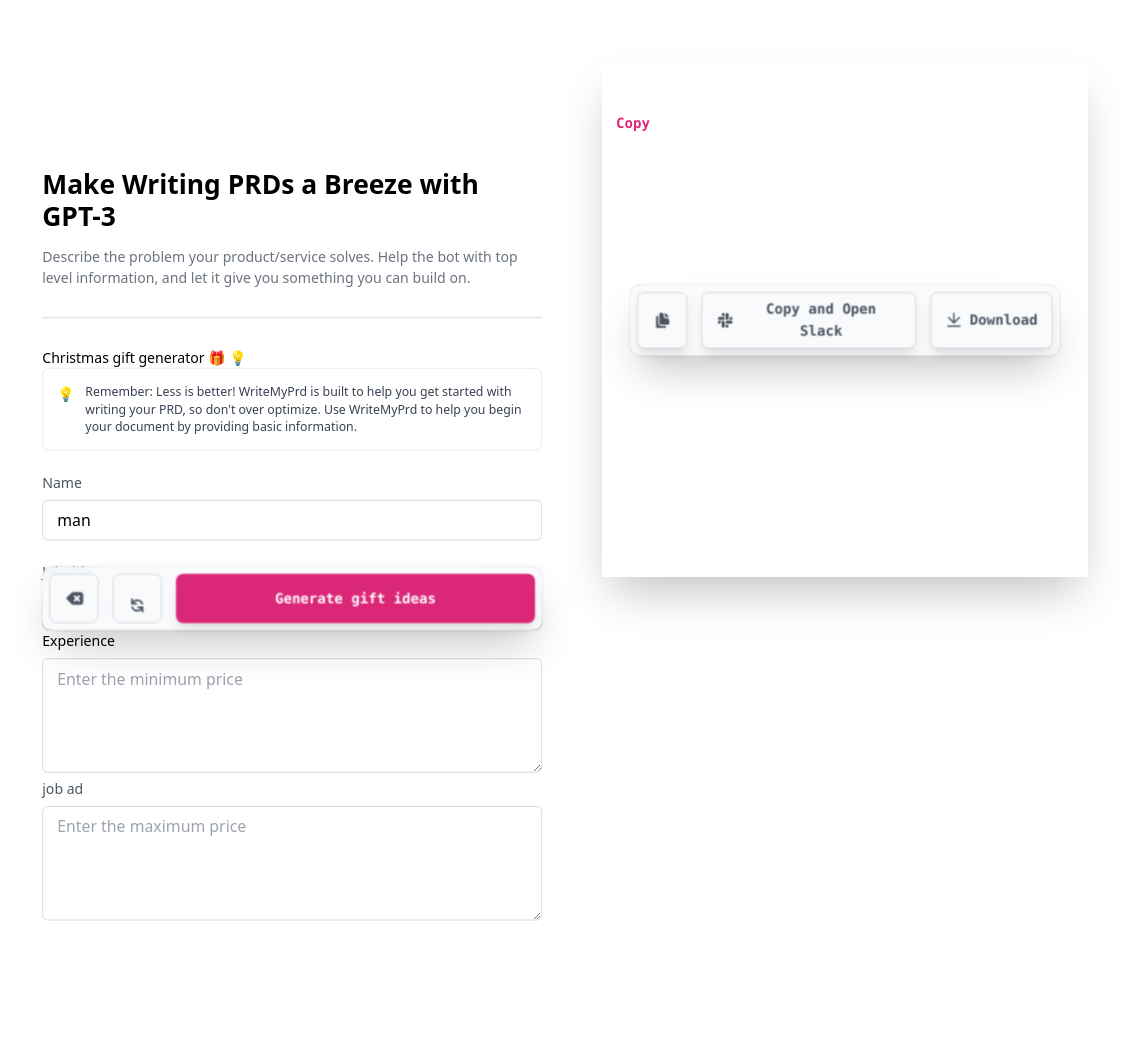
Repository: hamza-mastar/chatgpt-jpbad
Page: /
These files come from the project's save history. The page is drawn as it stood at one moment and after the next save; the edit follows.
The browser window is 1280 px wide. The pictures show the whole page, at 88% of full size.
The project was rebuilt for these pictures with package versions that can differ from the ones it lists, and the page was loaded fresh each time. The framework's server and built-in components were replaced by stand-ins that run in the browser.

Above is the page before, as saved 2023-01-30 16:38:09.

### pages/_app.js
import 'tailwindcss/tailwind.css'

import '../styles/globals.css'

export default function MyApp({ Component, pageProps }) {
  return <Component {...pageProps} />
}

### pages/index.js
import Head from 'next/head';
import React from 'react';
import { useState } from 'react';
import ReactDOM from 'react-dom';
import {CopyToClipboard} from 'react-copy-to-clipboard';

import styles from './index.module.css';


// import './gifts.css'







export default function Home() {
  const [name, setName] = useState('man');
  const [job_title, setJob_title] = useState("");
  const [experience, setExperience] = useState("");
  const [job_ad, setJob_ad] = useState("");

  const [loading, setLoading] = useState(false);

  const [result, setResult] = useState('');


  const [copy,setCopy] = useState(false)

  async function onSubmit(event) {
    event.preventDefault();
    if (loading) {
      return;
    }
    setLoading(true);
    setResult('hamza');
    const response = await fetch('/api/generate-gifts', {
      method: 'POST',
      headers: {
        'Content-Type': 'application/json',
      },
      body: JSON.stringify({ name, job_title, experience, job_ad}),
    });
    const data = await response.json();
    setResult(data.result.replaceAll('\n', '<br />'));
    setLoading(false);

  }


  return (
    <>



    <body class="h-full px-5 sm:px-6">
      <div class="flex relative sm:flex-col md: flex-col">

      <Head>
        <title>OpenAI Quickstart</title>
        <link rel="icon" href="/dog.png" />
      </Head>

      <main className={styles.main}>
     <div class="min-h-screen w-full lg:w-1/2 relative">
    <div class="h-full px-5 sm:px-6">
      <div class="h-full w-full max-w-xl mx-auto flex flex-col after:mt-auto after:flex-1">
        <header class="sm:flex-1 flex mb-auto sm:py-10 pt-6 items-center sm:justify-between flex-col sm:flex-row" >
          <div class="flex items-center justify-between h-24 md:h-20"> </div>

            {/* logo icone login  */}
            </header>
            <div class="flex-1 py-8">
           <div  class="mb-4" >
           <h1 class="text-3xl font-bold font-inter mb-2"> Make Writing PRDs a Breeze with GPT-3 </h1>
           <div class="text-gray-500 mt-4 mb-6"> Describe the problem your product/service solves. Help the bot with top level information, and let it give you something you can build on. </div>
           <div class="divide-y divide-gray-200 my-8 relative border"></div>





        <h3  >Christmas gift generator 🎁 💡</h3>
        <form  onSubmit={onSubmit} class="mb-12 relative">
        <div class="rounded-lg bg-white border p-4"><div class="flex"><div class="flex-shrink-0">💡</div><div class="ml-3 flex-1 md:flex md:justify-between"><p class="text-sm text-gray-700 font-medium"> Remember: Less is better! WriteMyPrd is built to help you get started with writing your PRD, so don't over optimize. Use WriteMyPrd to help you begin your document by providing basic information. </p></div></div></div>
        <div>
          <div class="py-6">
          <label class="relative transition text-gray-600 focus-within:text-gray-800 block" >Name</label>
          <input class="outline-none focus:outline-none text-lg bg-white rounded-md px-4 py-2 w-full border  focus:border-gray-400 border-gray-300 font-regular mt-2 transition-all undefined "
            type="text"
            name="name"
            placeholder="Enter the Name"
            value={name}
            onChange={(e) => setName(e.target.value)}
          />
          </div>


          <label class="relative transition text-gray-600 focus-within:text-gray-800 block">Job title</label>
          <input class="outline-none focus:outline-none text-lg bg-white rounded-md px-4 py-2 w-full border  focus:border-gray-400 border-gray-300 font-regular mt-2 transition-all undefined "
            type="text"
            name="job_title"
            placeholder="Job title"
            value={job_title}
            onChange={(e) => setJob_title(e.target.value)}
          />

          <label>Experience </label>
          <textarea class="form-textarea outline-none focus:outline-none text-lg bg-white rounded-md px-4 py-2 w-full border  focus:border-gray-400 border-gray-300 font-regular mt-2 transition-all undefined " rows="4"
          type="textarea"
          name="experience"
          placeholder="Enter the minimum price"
          value={experience}
          onChange={(e) => setExperience(e.target.value)} >

            </textarea>

          <label class="relative transition text-gray-600 focus-within:text-gray-800 block"> job ad</label>
          <textarea class="form-textarea outline-none focus:outline-none text-lg bg-white rounded-md px-4 py-2 w-full border  focus:border-gray-400 border-gray-300 font-regular mt-2 transition-all undefined " rows="4"
            type="text"
            name="job_ad"
            placeholder="Enter the maximum price"
            value={job_ad}
            onChange={(e) => setJob_ad(e.target.value)}
          ></textarea>


          <div class="sticky bottom-1 left-0 right-0 px-2 py-2 font-semibold text-sm text-slate-900 bg-slate-50/90 backdrop-blur-sm ring-1 ring-slate-900/10 space-x-4 rounded-xl shadow-2xl">
            <div class="flex gap-4 text-white text-sm font-bold font-mono leading-6 bg-stripes-indigo rounded-lg">
            <button id="clearAll" class="p-4 w-14 h-14 flex-none rounded-lg flex items-center justify-center bg-gray-50 border border-gray-300 text-gray-600 hover:bg-gray-100"><div tooltip="Clear All" position="top" class="w-full" data-v-47bc123b=""><svg class="w-6 h-6" fill="currentColor" viewBox="0 0 20 20" xmlns="http://www.w3.org/2000/svg"><path fill-rule="evenodd" d="M6.707 4.879A3 3 0 018.828 4H15a3 3 0 013 3v6a3 3 0 01-3 3H8.828a3 3 0 01-2.12-.879l-4.415-4.414a1 1 0 010-1.414l4.414-4.414zm4 2.414a1 1 0 00-1.414 1.414L10.586 10l-1.293 1.293a1 1 0 101.414 1.414L12 11.414l1.293 1.293a1 1 0 001.414-1.414L13.414 10l1.293-1.293a1 1 0 00-1.414-1.414L12 8.586l-1.293-1.293z" clip-rule="evenodd"></path></svg></div></button>
            <button id="re-generate-prd" class="w-14 h-14 flex-none rounded-lg flex items-center justify-center bg-gray-50 border border-gray-300 text-gray-600 hover:bg-gray-100"><div tooltip="Re-generate PRD" position="top" class="w-full" data-v-47bc123b=""><svg class="w-full mt-[30%] h-5 text-gray-600 mr-1" fill="currentColor" viewBox="0 0 20 20" xmlns="http://www.w3.org/2000/svg"><path fill-rule="evenodd" d="M4 2a1 1 0 011 1v2.101a7.002 7.002 0 0111.601 2.566 1 1 0 11-1.885.666A5.002 5.002 0 005.999 7H9a1 1 0 010 2H4a1 1 0 01-1-1V3a1 1 0 011-1zm.008 9.057a1 1 0 011.276.61A5.002 5.002 0 0014.001 13H11a1 1 0 110-2h5a1 1 0 011 1v5a1 1 0 11-2 0v-2.101a7.002 7.002 0 01-11.601-2.566 1 1 0 01.61-1.276z" clip-rule="evenodd"></path></svg></div></button>

          <input class="sm:p-4 p-3 pt-4 grow rounded-lg flex items-center justify-center bg-pink-600 hover:bg-pink-800 shadow-lg text-xs sm:text-base" type="submit" value="Generate gift ideas" />
          </div>
          </div>
          </div>
        </form>
        </div>
       </div>
        </div>
        </div>
          </div>

          {/* loging page ////////////////// */}

          <div class="relative  lg:fixed right-0 bottom-0 lg:block lg:w-1/2 overflow-hidden sm:px-5 lg:h-full h-auto overflow-y-auto top-12">
            {/* <div class="absolute inset-0 bg-gradient-to-b from-pink-100 to-white  -z-10" > */}
              <div class="relative lg:fixed right-0 bottom-0 lg:block lg:w-1/2 overflow-hidden sm:px-5 lg:h-full h-auto overflow-y-auto top-12">
                <div class="h-auto">
                <div class="p-6 pb-0 h-[calc(100vh-6rem)]" >
                <div class="form-textarea relative text-base  w-full p-4 px-8 overflow-scroll h-[calc(100%-1rem)] shadow-2xl flex items-center justify-center" >
                <div class="text-pink-600 font-mono text-left text-base font-semibold absolute top-4 left-4">
        {loading && (
          <div>
            <h3>Looking for the best gift ideas 🎁 💡</h3>
            <img src="/loading.gif" className={styles.loading} />
          </div>



        )}
        <div type="text" onChange={(e)=>seResult(e.target.result.replaceAll('\n', '<br/>'))}
        class="whitespace-pre-wrap text-gray-800 bg-white h-auto text-lg divide-y px-4 pt-5 pb-4 sm:p-6 sm:pb-4 "
          className={styles.result}
          dangerouslySetInnerHTML={{ __html: result }}



        />


      <CopyToClipboard text={result}
          onCopy={() =>setCopy(true)}>
           <button className={`${copy ? 'copied' : 'copy' }`}>
             {copy ? 'Copied' : "Copy"}
           </button>
        </CopyToClipboard>


        </div>
        <div class="sticky bottom-1 left-0 right-0 px-2 py-2 font-semibold text-sm text-slate-900 bg-slate-50/90 backdrop-blur-sm ring-1 ring-slate-900/10 space-x-4 rounded-xl shadow-2xl">
            <div class="flex gap-4 text-white text-sm font-bold font-mono leading-6 bg-stripes-indigo rounded-lg">
  <button class="grow h-16 p-0 sm:p-[1.1rem] w-20 sm:w-auto h-auto rounded-lg flex items-center justify-center bg-gray-50 border-gray-300 text-gray-600 hover:bg-gray-100 shadow-lg border"><svg xmlns="http://www.w3.org/2000/svg" viewBox="0 0 24 24" fill="currentColor" class="h-5 w-5 flex-shrink-0 text-gray-600"><path d="M7.5 3.375c0-1.036.84-1.875 1.875-1.875h.375a3.75 3.75 0 013.75 3.75v1.875C13.5 8.161 14.34 9 15.375 9h1.875A3.75 3.75 0 0121 12.75v3.375C21 17.16 20.16 18 19.125 18h-9.75A1.875 1.875 0 017.5 16.125V3.375z"></path><path d="M15 5.25a5.23 5.23 0 00-1.279-3.434 9.768 9.768 0 016.963 6.963A5.23 5.23 0 0017.25 7.5h-1.875A.375.375 0 0115 7.125V5.25zM4.875 6H6v10.125A3.375 3.375 0 009.375 19.5H16.5v1.125c0 1.035-.84 1.875-1.875 1.875h-9.75A1.875 1.875 0 013 20.625V7.875C3 6.839 3.84 6 4.875 6z"></path></svg>
  </button>
  <button class="p-4 grow w-auto h-16 rounded-lg flex items-center justify-center bg-gray-50 border border-gray-300 text-gray-600 hover:bg-gray-100 shadow-lg text-xs sm:text-base"><svg fill="currentColor" class="h-5 w-5 flex-shrink-0 text-gray-600 mr-2" viewBox="0 0 24 24" xmlns="http://www.w3.org/2000/svg"><path d="M6.194 14.644c0 1.16-.943 2.107-2.103 2.107a2.11 2.11 0 0 1-2.104-2.107 2.11 2.11 0 0 1 2.104-2.106h2.103v2.106zm1.061 0c0-1.16.944-2.106 2.104-2.106a2.11 2.11 0 0 1 2.103 2.106v5.274a2.11 2.11 0 0 1-2.103 2.106 2.108 2.108 0 0 1-2.104-2.106v-5.274zm2.104-8.455c-1.16 0-2.104-.948-2.104-2.107s.944-2.106 2.104-2.106a2.11 2.11 0 0 1 2.103 2.106v2.107H9.359zm0 1.06a2.11 2.11 0 0 1 2.103 2.107 2.11 2.11 0 0 1-2.103 2.106H4.092a2.11 2.11 0 0 1-2.104-2.106 2.11 2.11 0 0 1 2.104-2.107h5.267zm8.447 2.107c0-1.16.943-2.107 2.103-2.107a2.11 2.11 0 0 1 2.104 2.107 2.11 2.11 0 0 1-2.104 2.106h-2.103V9.356zm-1.061 0c0 1.16-.944 2.106-2.104 2.106a2.11 2.11 0 0 1-2.103-2.106V4.082a2.11 2.11 0 0 1 2.103-2.106c1.16 0 2.104.946 2.104 2.106v5.274zm-2.104 8.455c1.16 0 2.104.948 2.104 2.107s-.944 2.106-2.104 2.106a2.11 2.11 0 0 1-2.103-2.106v-2.107h2.103zm0-1.06a2.11 2.11 0 0 1-2.103-2.107 2.11 2.11 0 0 1 2.103-2.106h5.268a2.11 2.11 0 0 1 2.104 2.106 2.11 2.11 0 0 1-2.104 2.107h-5.268z"></path></svg> Copy and Open Slack </button>
  <button class="p-4 grow w-auto h-16 rounded-lg flex items-center justify-center bg-gray-50 border border-gray-300 text-gray-600 hover:bg-gray-100 shadow-lg text-xs sm:text-base"><svg class="h-5 w-5 flex-shrink-0 text-gray-600 fill-gray-600 mr-2" xmlns="http://www.w3.org/2000/svg" viewBox="0 0 24 24"><path fill="none" d="M0 0h24v24H0z"></path><path d="M3 19h18v2H3v-2zm10-5.828L19.071 7.1l1.414 1.414L12 17 3.515 8.515 4.929 7.1 11 13.17V2h2v11.172z"></path></svg> Download </button></div></div>
        </div>
        </div>


        </div>
        </div>
        </div>
        {/* </div> */}

      </main>
      </div>

      </body>


    </>
  );
}
// Name Job_title Experience job_ad

### pages/index.module.css


@font-face {
  font-family: "ColfaxAI";
  src: url(https://cdn.openai.com/API/fonts/ColfaxAIRegular.woff2)
      format("woff2"),
    url(https://cdn.openai.com/API/fonts/ColfaxAIRegular.woff) format("woff");
  font-weight: normal;
  font-style: normal;
}
@font-face {
  font-family: "ColfaxAI";
  src: url(https://cdn.openai.com/API/fonts/ColfaxAIBold.woff2) format("woff2"),
    url(https://cdn.openai.com/API/fonts/ColfaxAIBold.woff) format("woff");
  font-weight: bold;
  font-style: normal;
}
/* .main,
.main input {
  font-size: 16px;
  line-height: 24px;
  color: #353740;
  font-family: "ColfaxAI", Helvetica, sans-serif;
}
.main {
  display: flex;
  flex-direction: column;
  align-items: center;
  padding-top: 60px;
}
.main .icon {
  width: 34px;
}
.main h3 {
  font-size: 32px;
  line-height: 40px;
  font-weight: bold;
  color: #202123;
  margin: 16px 0 40px;
}
.main form {
  display: flex;
  flex-direction: column;
  width: 320px;
}
.main input[type="text"] {
  padding: 12px 16px;
  border: 1px solid #10a37f;
  border-radius: 4px;
  margin-bottom: 24px;
  outline-color: #10a37f;
}
.main ::placeholder {
  color: #8e8ea0;
  opacity: 1;
}
.main input[type="submit"] {
  padding: 12px 0;
  color: #fff;
  background-color: #10a37f;
  border: none;
  border-radius: 4px;
  text-align: center;
  cursor: pointer;
}
.main .result {
  padding: 100px;
  font-weight: bold;
  margin-top: 40px;
  position:absolute;
  display: flex;
  justify-content: end;
} */

.main .loading {
  width: 50;
}

/* .main input[type="text"],
.main input[type="number"],
.main select {
  padding: 12px 16px;
  border: 1px solid #10a37f;
  border-radius: 4px;
  margin-bottom: 12px;
  margin-top: 4px;
}
.hamza {
  background-color: #10a37f;
} */






.relative {
  position: relative;
}

.nano {
  background-color: white;
  color: black;
  display: flex;
  overflow: scroll;
}

.form-textarea{
  border-width: 1px;
  --tw-border-opacity: 1;
  border-color: rgb(209 213 219 / var(--tw-border-opacity));
  --tw-bg-opacity: 1;
  background-color: rgb(255 255 255 / var(--tw-bg-opacity));
  height: 600px;
  width: 600px;
}

.texxt-base {
  font-size: 18px;
  line-height: 1.5;
  letter-spacing: -.01em;
  color: black

}
.typed {
  color: #1f2937;
  white-space: break-spaces;
  font-size: 100px;
}
@media only screen and (max-width: 600px) {
  .goho {
    width: auto;
    display: flex;
    justify-content:center ;

  }
}

Loaded but not shown: styles/globals.css (common file); tailwind.config.js (common file)

After the next save:
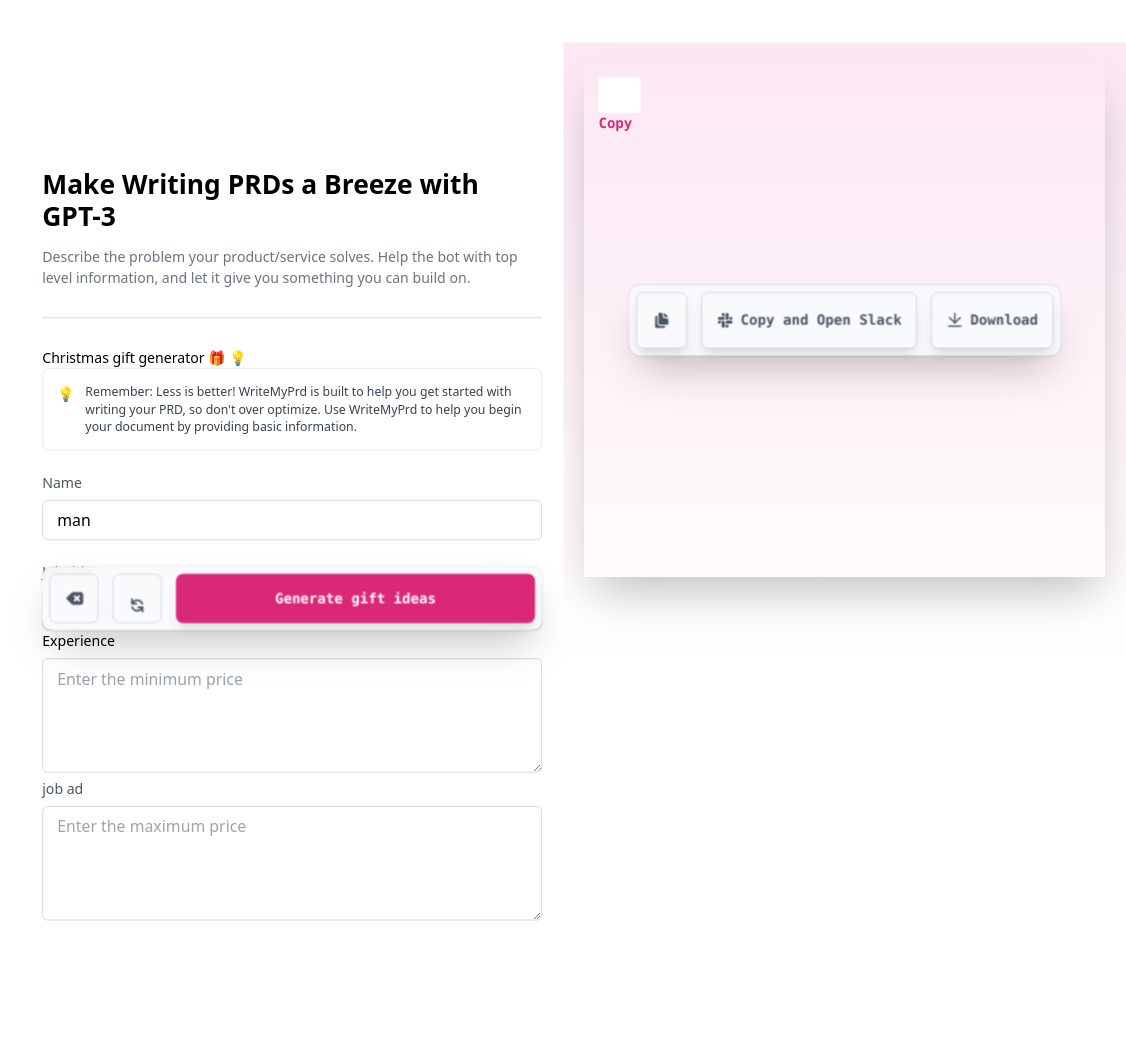
Saved 18 s later.
--- a/pages/index.js
+++ b/pages/index.js
@@ -145,8 +145,8 @@ export default function Home() {
           {/* loging page ////////////////// */}
 
           <div class="relative  lg:fixed right-0 bottom-0 lg:block lg:w-1/2 overflow-hidden sm:px-5 lg:h-full h-auto overflow-y-auto top-12">
-            {/* <div class="absolute inset-0 bg-gradient-to-b from-pink-100 to-white  -z-10" > */}
-              <div class="relative lg:fixed right-0 bottom-0 lg:block lg:w-1/2 overflow-hidden sm:px-5 lg:h-full h-auto overflow-y-auto top-12">
+            <div class="absolute inset-0 bg-gradient-to-b from-pink-100 to-white  -z-10" >
+              {/* <div class="relative lg:fixed right-0 bottom-0 lg:block lg:w-1/2 overflow-hidden sm:px-5 lg:h-full h-auto overflow-y-auto top-12"> */}
                 <div class="h-auto">
                 <div class="p-6 pb-0 h-[calc(100vh-6rem)]" >
                 <div class="form-textarea relative text-base  w-full p-4 px-8 overflow-scroll h-[calc(100%-1rem)] shadow-2xl flex items-center justify-center" >
